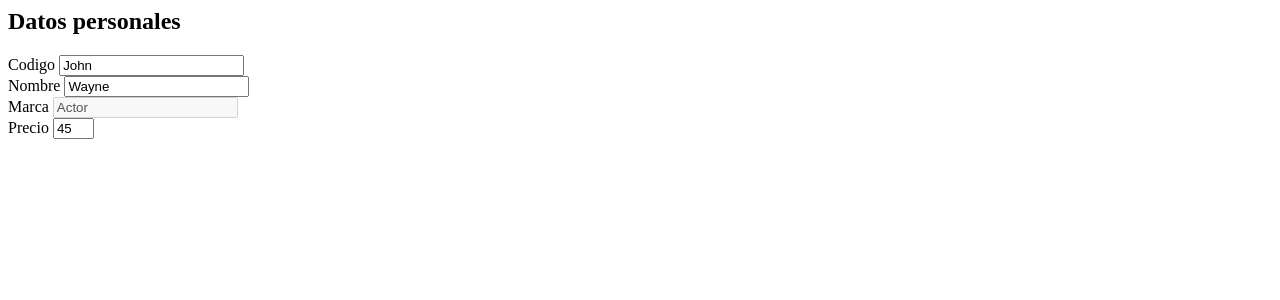
Repository: Alemartinez97/New-Repository
Page: programacion-3/tp3/formProducto.html
An editor plug-in stored every save of this project. The page is shown before and after the next save, followed by the edit.
The browser window is 1280 px wide. The pictures show the whole page.

Above is the page before, as saved 2020-06-04 17:50:53.

After the next save:
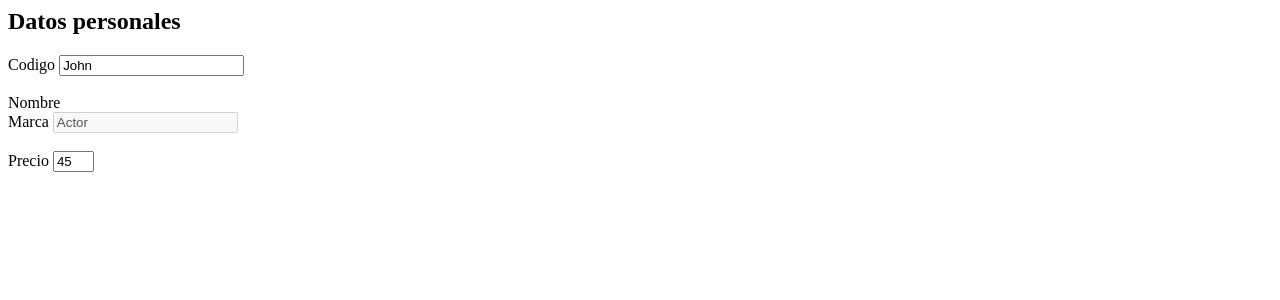
Saved 46 s later.
--- a/programacion-3/tp3/formProducto.html
+++ b/programacion-3/tp3/formProducto.html
@@ -13,11 +13,13 @@ Cobra sentido con el uso de CSS-->
 	<h2 id="encabezado">Datos personales</h2>
 	<form id="formulario1" name="formulario1" method="post" action="data.php">
 		<label for="">Codigo</label>
-		<input type="text" name="nombre" id="nombre" value="John"><br>
-		<label for="">Nombre</label>
-		<input type="text" name="apellidos" id="apellidos" value="Wayne"><br>
+        <input type="text" name="nombre" id="nombre" value="John"><br>
+    </br>
+        <label for="">Nombre</label>
+    </br>
 		<label for="">Marca</label>
-		<input type="text" name="profesion" id="profesion" value="Actor" disabled="disabled"><br>
+        <input type="text" name="profesion" id="profesion" value="Actor" disabled="disabled"><br>
+    </br>
 		<label for="">Precio</label>
 		<input type="text" name="edad" id="edad" size="2" maxlength="2" value="45"><br>
 	</form>
